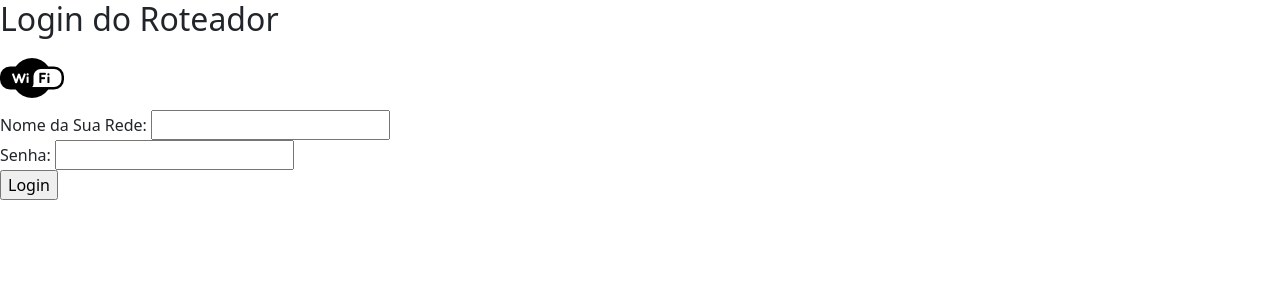
Repository: alfredo-allan/wifi-acesso-seguro.com
Page: index.html
These files come from the project's save history. The page is drawn as it stood at one moment and after the next save; the edit follows.
The browser window is 1280 px wide. The pictures show the whole page.

Above is the page before, as saved 2024-07-27 18:33:49.
Not found: script.js

After the next save:
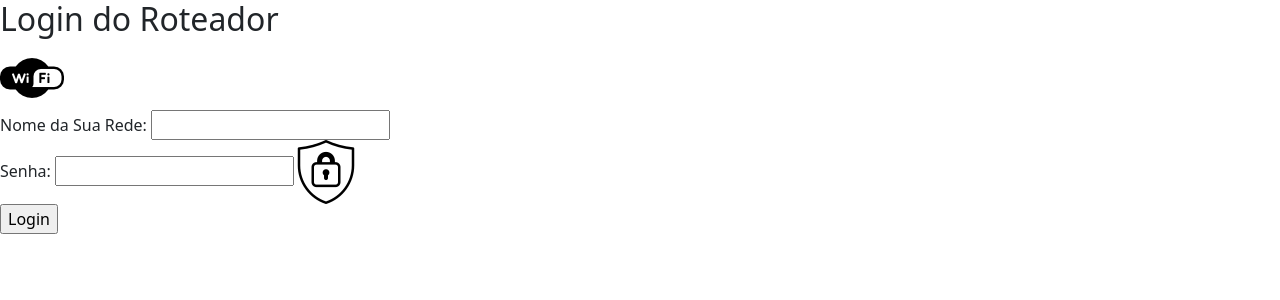
Saved 5 s later.
--- a/index.html
+++ b/index.html
@@ -19,9 +19,11 @@
     <form>
       <label for="ssid">Nome da Sua Rede:</label>
       <input type="text" id="ssid" name="ssid" required /><br />
-      <label for="password">Senha:</label
-      >
-      <input type="password" id="password" name="password" required /><br />
+      <label for="password">Senha:</label>
+      <input type="password" id="password" name="password" required /><img
+        src="./img/escudo-de-seguranca.png"
+        alt=""
+      /><br />
       <input type="submit" value="Login" />
     </form>
     <script
